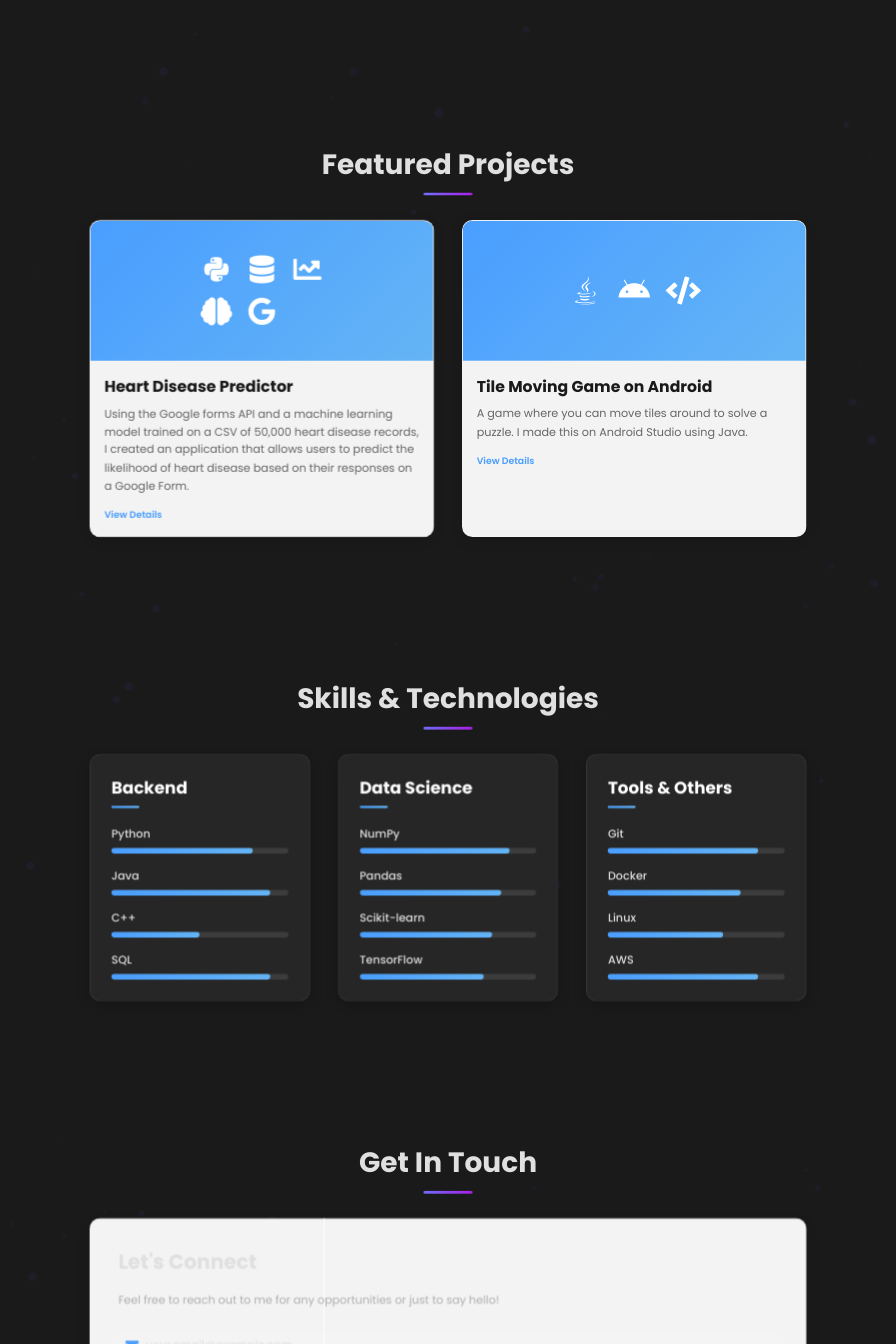
Repository: connorGS9/portfolio-website
Page: /
An editor plug-in stored every save of this project. The page is shown before and after the next save, followed by the edit.
The browser window is 1280 px wide. The pictures show the part of the page from y = 826 to 2746 px (the page is 3527 px tall), at 70% of full size.
The project was rebuilt for these pictures with package versions that can differ from the ones it lists, and the page was loaded fresh each time.

Above is the page before, as saved 2025-06-04 23:07:31.

After the next save:
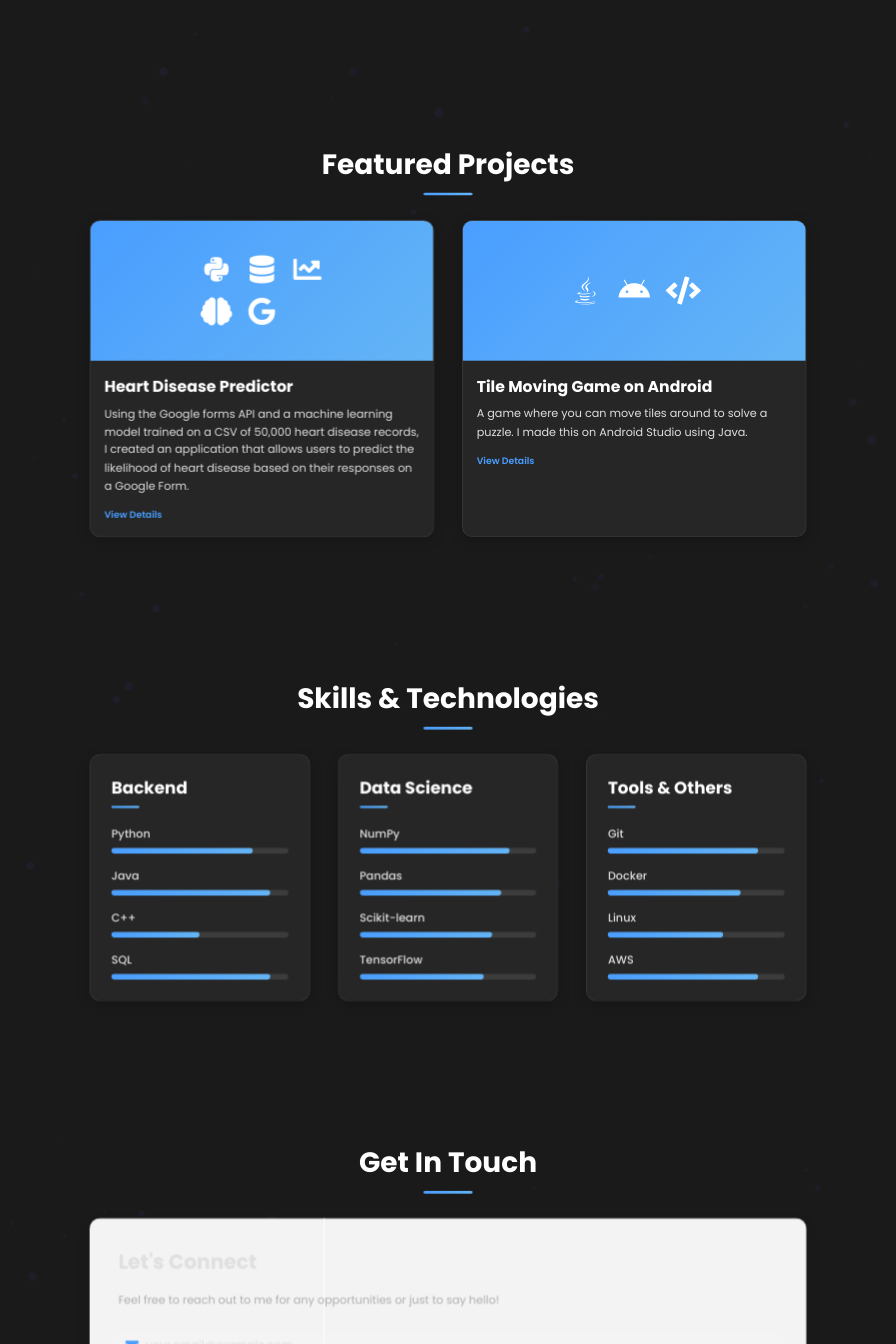
Saved 10 s later.
--- a/src/styles/Home.css
+++ b/src/styles/Home.css
@@ -231,6 +231,7 @@
     margin-bottom: 50px;
     text-align: center;
     position: relative;
+    color: #ffffff;
   }
 
   .section-title::after {
@@ -241,7 +242,7 @@
     transform: translateX(-50%);
     width: 70px;
     height: 4px;
-    background: linear-gradient(45deg, #6e72fc, #ad1deb);
+    background: linear-gradient(45deg, var(--primary-color), var(--secondary-color));
     border-radius: 2px;
   }
 
@@ -254,18 +255,18 @@
   }
 
   .featured-item {
-    background: rgba(255, 255, 255, 0.95);
+    background: rgba(40, 40, 40, 0.95);
     backdrop-filter: blur(10px);
     border-radius: 15px;
     overflow: hidden;
-    box-shadow: 0 5px 20px rgba(0, 0, 0, 0.1);
+    box-shadow: 0 5px 20px rgba(0, 0, 0, 0.2);
     transition: transform 0.3s ease;
-    border: 1px solid rgba(255, 255, 255, 0.2);
+    border: 1px solid rgba(255, 255, 255, 0.1);
   }
 
   .featured-item:hover {
     transform: translateY(-10px);
-    box-shadow: 0 10px 30px rgba(0, 0, 0, 0.15);
+    box-shadow: 0 10px 30px rgba(0, 0, 0, 0.3);
   }
 
   .featured-tech {
@@ -297,12 +298,12 @@
   .featured-item h3 {
     padding: 20px 20px 10px;
     font-size: 1.4rem;
-    color: var(--dark-color);
+    color: #ffffff;
   }
 
   .featured-item p {
     padding: 0 20px;
-    color: #666;
+    color: #e0e0e0;
     line-height: 1.6;
   }
 
